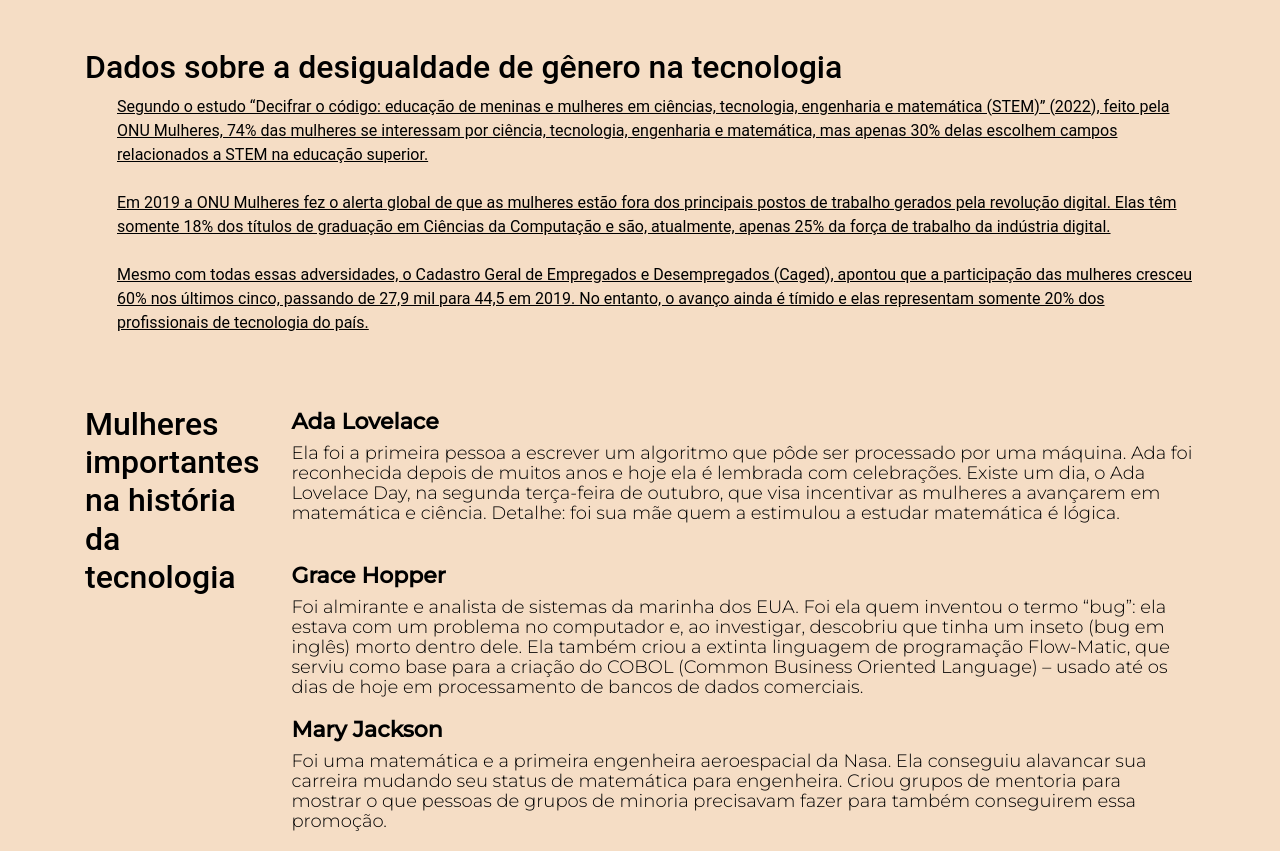
Repository: BellsBarbosa/ODS5_IGUALDADE_DE_GENERO
Page: index.html
An editor plug-in stored every save of this project. The page is shown before and after the next save, followed by the edit.
The browser window is 1280 px wide. The pictures show the part of the page from y = 1260 to 2111 px (the page is 3093 px tall before and 3047 px after).
A picture or video elsewhere on the page could not be fetched, so the positions and the page height are approximate.

Above is the page before, as saved 2023-08-11 15:27:58.

### index.html
<!DOCTYPE html>
<html lang="en">

<head>
    <meta charset="UTF-8">
    <meta name="viewport" content="width=device-width, initial-scale=1.0">
    <meta name="author" content="Isabel Barbosa, Bootstrap contributors">
    <title>ODS 5 - Igualdade de Gênero</title>
    <link href="https://cdn.jsdelivr.net/npm/bootstrap@5.3.0-alpha3/dist/css/bootstrap.min.css" rel="stylesheet"
        integrity="sha384-KK94CHFLLe+nY2dmCWGMq91rCGa5gtU4mk92HdvYe+M/SXH301p5ILy+dN9+nJOZ" crossorigin="anonymous">
    <link rel="stylesheet" href="https://cdn.jsdelivr.net/npm/bootstrap-icons@1.10.5/font/bootstrap-icons.css">
    <link rel="preconnect" href="https://fonts.googleapis.com">
    <link rel="preconnect" href="https://fonts.gstatic.com" crossorigin>
    <link
        href="https://fonts.googleapis.com/css2?family=Caveat:wght@500;700&family=Kalam&family=Montserrat:ital,wght@0,300;0,400;0,500;1,400;1,500;1,600&display=swap"
        rel="stylesheet">
    <link rel="stylesheet" href="style.css">
    </script>


</head>

<body>

    <header class="header-menu">
        <nav>
            <img src="IMG/ODS5-1.jpg" alt="ODS5" width="100%" height="100%"></a>
            <ul class="lista-menu">
                <li><a href="#ods">ODS</a> </li>
                <li><a href="#dados">Dados</a></li>
                <li><a href="#destaques">Destaques</a></li>
                <li><a href="#cards">Soluções</a></li>
                <li><a href="#contato">Contatos</a></li>
            </ul>
        </nav>

    </header>


    <div class="container col-xxl-8 px-4 py-5">
        <div class="row flex-lg-row-reverse align-items-center g-5 py-5">
            <div class="col-10 col-sm-8 col-lg-6">
                <img src="IMG/4029136.jpg" class="d-block mx-lg-auto img-fluid" alt="Bootstrap Themes" loading="lazy">
            </div>
            <div class="col-lg-6">
                <h1 class="display-5 fw-bold text-body-emphasis lh-1 mb-3">ODS 5 - IGUALDADE DE GÊNERO</h1>
                <p class="lead">Aumentar o uso de tecnologias de base, em particular as tecnologias de informação
                    <br>e comunicação, para promover o empoderamento das mulheres.
                </p>
                <a href="https://brasil.un.org/pt-br/sdgs/5" class="botao" target="_blank">Saiba mais</a>
                <div class="d-grid gap-2 d-md-flex justify-content-md-start">

                </div>
            </div>
        </div>
    </div>



    <section class="container-fluid" id="ods">
        <div class="row">
            <div class="column">
                <h2 id="h2-margin">O Que são as ODS?</h2>
                <p>Os Objetivos de Desenvolvimento Sustentável são um apelo global à ação para acabar com a
                    pobreza,
                    proteger o meio ambiente e o clima e garantir que as pessoas, em todos os lugares, possam
                    desfrutar de paz e de prosperidade. Estes são os objetivos para os quais as Nações Unidas
                    estão
                    contribuindo a fim de que possamos atingir a Agenda 2030 no Brasil. O objetivo escolhido foi
                    a ODS 5.B: Aumentar o uso de tecnologias de base, em particular as
                    tecnologias de informação e comunicação, para promover o empoderamento das mulheres.
                </p>
                <img src="IMG/odssss-1-scaled.jpg" align-items="left" alt="Crédito da imagem: Estratégia Ods"
                    width="600" height="330">
                </h1>
            </div>

            <div class="column">
                <h2>ODS 5 - Igualdade de Gênero</h2>
                <p><i>Juliette Erath</i></p>
                <p>"A desigualdade de gênero é em grande parte responsável pela diferença no ambiente de
                    trabalho e
                    nas habilidades em relação a um padrão no setor de tecnologia. Para enfrentar essa
                    desigualdade
                    internacional e crescente, um esforço com empenho precisa ser feito para compreender a
                    origem
                    desse problema e solucioná-lo (...) No Brasil, em 2019, apenas 26% dos formados na área STEM
                    eram mulheres." é o que nos diz <a
                        href="https://www.ironhack.com/br/pt/blog/desigualdade-de-genero-na-tecnologia-vamos-discuti-la"
                        class="link" target="_blank">Juliette Erath em seu texto para IRONHACK.</a></p>
                <iframe width="560" height="315" src="https://www.youtube.com/embed/go-VJzRqacE"
                    title="YouTube video player" frameborder="0"
                    allow="accelerometer; autoplay; clipboard-write; encrypted-media; gyroscope; picture-in-picture; web-share"
                    allowfullscreen></iframe>
            </div>
        </div>

    </section>
    <section class="container-fluid" id="dados">
        <article class="container article-lista">
            <div class="dados">
                <h2>Dados sobre a desigualdade de gênero na tecnologia</h2>
                <ul>
                    <li> <a href="https://blog.google/intl/pt-br/novidades/por-dentro-do-google/mind-the-gap-2022-incentivando-meninas-a-ingressarem-em-carreiras-na-area-de-tecnologia/#:~:text=Segundo%20o%20estudo%20%E2%80%9CDecifrar%20o,a%20STEM%20na%20educa%C3%A7%C3%A3o%20superior."
                            class="link" target="_blank">Segundo o estudo “Decifrar o código: educação de
                            meninas e
                            mulheres em ciências, tecnologia, engenharia e matemática (STEM)” (2022), feito pela
                            ONU
                            Mulheres, 74% das mulheres se interessam por ciência, tecnologia, engenharia e
                            matemática,
                            mas apenas 30% delas escolhem campos relacionados a STEM na educação superior.</a>
                    </li> </br>
                    <a href="http://www.onumulheres.org.br/noticias/onu-mulheres-defende-investimentos-publicos-e-privados-em-igualdade-de-genero-para-aumentar-participacao-de-meninas-e-mulheres-em-ciencia-e-tecnologia/"
                        class="link" target="_blank">Em 2019 a ONU Mulheres fez o alerta global de que as
                        mulheres estão
                        fora dos principais postos de trabalho gerados pela revolução digital. Elas têm somente
                        18% dos
                        títulos de graduação em Ciências da Computação e são, atualmente, apenas 25% da força de
                        trabalho da indústria digital.</a></li> </br> </br>
                    <li> <a href="https://www.vittude.com/blog/mulheres-na-tecnologia-os-desafios-femininos-no-setor/"
                            class="link" target="_blank"> Mesmo com todas essas adversidades, o Cadastro Geral
                            de
                            Empregados e Desempregados (Caged), apontou que a participação das mulheres cresceu
                            60% nos
                            últimos cinco, passando de 27,9 mil para 44,5 em 2019. No entanto, o avanço ainda é
                            tímido e
                            elas representam somente 20% dos profissionais de tecnologia do país.</a> </li>
                    </br>
                </ul> <br>

            </div>
        </article>
    </section>
    <section class="container-fluid" id="destaques">
        <article class="container article-lista">
            <div class="destaques">
                <h2>Mulheres importantes na história da tecnologia</h2>
                <ul>
                    <li>
                        <p class="lista-titulo">Ada Lovelace</p>
                        <p class="lista-descricao">
                            Ela foi a primeira pessoa a escrever um algoritmo que pôde ser processado por
                            uma máquina.
                            Ada foi reconhecida depois de muitos anos e hoje ela é lembrada com celebrações.
                            Existe um
                            dia, o Ada Lovelace Day, na segunda terça-feira de outubro, que visa incentivar
                            as mulheres
                            a avançarem em matemática e ciência. Detalhe: foi sua mãe quem a estimulou a
                            estudar
                            matemática é lógica.</br>
                            </br>
                        </p>
                    </li>
                    <li>
                        <p class="lista-titulo">Grace Hopper</p>

                        <p class="lista-descricao">
                            Foi almirante e analista de sistemas da marinha dos EUA. Foi ela quem inventou o
                            termo
                            “bug”: ela estava com um problema no computador e, ao investigar, descobriu que
                            tinha um
                            inseto (bug em inglês) morto dentro dele. Ela também criou a extinta linguagem
                            de
                            programação Flow-Matic, que serviu como base para a criação do COBOL (Common
                            Business
                            Oriented Language) – usado até os dias de hoje em processamento de bancos de
                            dados
                            comerciais. </br>

                        </p>
                    </li>
                    <li>
                        <p class="lista-titulo">Mary Jackson</p>

                        <p class="lista-descricao">
                            Foi uma matemática e a primeira engenheira aeroespacial da Nasa. Ela conseguiu
                            alavancar sua
                            carreira mudando seu status de matemática para engenheira. Criou grupos de
                            mentoria para
                            mostrar o que pessoas de grupos de minoria precisavam fazer para também
                            conseguirem essa
                            promoção. </br>

                        </p>
                    </li>
                    <p class="fonte">FONTE: <a target="_blanck"
                            href="http://www.onumulheres.org.br/noticias/onu-mulheres-defende-investimentos-publicos-e-privados-em-igualdade-de-genero-para-aumentar-participacao-de-meninas-e-mulheres-em-ciencia-e-tecnologia/">Mulheres
                            em tecnologia: e se fôssemos 50%?</a></p>

            </div>

        </article>
    </section>


    <section class="container-fluid" id="cards">
        <div class="row row-cols-1 row-cols-md-3 g-4">
            <div class="col">
                <div class="card">
                    <img src="IMG/criança.jpg" class="card-img-top" alt="...">
                    <div class="card-body">
                        <h5 class="card-title text-center">Introduza meninas ao mundo da tecnologia</h5>
                        <p class="card-text justify-content-evenly">Apresentar as meninas ao mundo da tecnologia expande
                            as chances delas desenvolverem suas habilidades e criatividade,
                            proporcionando a elas a chance de inventar, criar e aprender sobre a área.</p>
                    </div>
                </div>
            </div>
            <div class="col">
                <div class="card">
                    <img src="IMG/mulher_liderança.jpg" class="card-img-top" alt="...">
                    <div class="card-body">
                        <h5 class="card-title text-center">Comemore as mulheres na liderança</h5>
                        <p class="card-text justify-content-evenly">Divulgar a jornadas de mulheres que impactaram na
                            tecnologia, e celebrar o trabalho dessas vitoriosas, irá inspirar
                            nossas meninas e mulheres a iniciar suas próprias carreiras na área tecnológica..</p>
                    </div>
                </div>
            </div>
            <div class="col">
                <div class="card">
                    <img src="IMG/parcerias.jpg" class="card-img-top" alt="...">
                    <div class="card-body">
                        <h5 class="card-title text-center">Estabeleça parcerias e oportunidades</h5>
                        <p class="card-text justify-content-evenly">Realizar parcerias com entidades que utilizam a
                            tecnologia como instrumento para diminuir a desigualdade de gênero irá
                            expandir o alcance desses projetos, aumentando assim a inserção de mulheres na
                            tecnologia.</p>
                    </div>
                </div>
            </div>

        </div>
    </section> <br>


    <footer class="rodape" id="contato">
        <div class="container">
            <div class="row">
                <div class="column">
                    <ul class="lista-rodape">
                        <li> <i class="bi bi-envelope"></i><a href="barbosa.isabelcristina@gmail.com" target="_blank"
                                class="link-icone">
                                barbosa.isabelcristina@gmail.com</a></li>
                        <li><i class="bi bi-linkedin"></i><a href="https://www.linkedin.com/in/isabel-barbosa-aa080456/"
                                target="_blank" class="link-icone"> Isabel Barbosa</a></li>
                        <li><i class="bi bi-github"></i><a href="https://github.com/BellsBarbosa" target="_blank"
                                class="link-icone">
                                BellsBarbosa</a></li>
                        <li><i class="bi bi-arrow-up-square-fill"></i><a href="#top" class="link-icone"> Topo da
                                página</a></li>

                    </ul>
                </div>
                <div class="column">
                    <ul class="lista-rodape">
                        <li>Créditos:</li>
                        <li>Imagem ODS:<a href="https://estrategiaods.org.br/" target="_blank" class="link-icone">
                                Estratégia ODS</a></li>
                        </li>
                        <li>Hero Image:<a
                                href="https://br.freepik.com/vetores-gratis/conceito-de-igualdade-de-genero_8925920.htm#query=igualdade%20de%20genero&position=0&from_view=search&track=ais">Imagem
                                de pikisuperstar</a> no Freepik</li>
                        </li>
                        <li> Video: <a href="https://www.youtube.com/watch?v=go-VJzRqacE&ab_channel=CentroCulturalLight"
                                target="_blank" class="link-icone">
                                Centro Cultural Light</a></li>
                        </li>
                        <li> Card 1: <a
                                href="https://br.freepik.com/fotos-gratis/garotinha-afro-americana-feliz-durante-videochamada-com-laptop_20052825.htm#query=meninas%20na%20tecnologia&position=14&from_view=search&track=ais">Imagem
                                de master1305</a> no Freepik
                        </li>
                        <li> Card 2: <a
                                href="https://br.freepik.com/fotos-gratis/mulher-afro-americana-confiante-com-documentos-em-papel_6882196.htm#query=mulheres%20na%20lideran%C3%A7a&position=19&from_view=search&track=ais">Imagem
                                de pch.vector</a> no Freepik
                        </li>
                        <li> Card 3: <a
                                href="https://br.freepik.com/fotos-gratis/mulheres-de-negocios-felizes-apoiando-uns-aos-outros-e-de-maos-dadas-em-um-cafe_26402023.htm#query=mulheres%20na%20lideran%C3%A7a&position=17&from_view=search&track=ais">Imagem
                                de Drazen Zigic</a> no Freepik
                        </li>
                    </ul>
                </div>
            </div>


        </div>
    </footer>

### style.css
 @import url('https://fonts.googleapis.com/css2?family=Caveat:wght@500;700&family=Kalam&family=Montserrat:ital,wght@0,300;0,400;0,500;1,400;1,500;1,600&display=swap');

 * {

   margin: 0;

   padding: 0;

   outline: 0;
 }

 body {

   font-family: 'Roboto', sans-serif;
   margin: 0;
   background-color: #f5ddc5;
   display: flex;
   min-height: 100vh;
   flex-direction: column;
   margin-top: 0%;
   position: relative;
   width: 100%;
   margin: 0 auto;
   padding: 0;

 }

 p {
   font-size: 1.2em;
   font-family: 'Montserrat', sans-serif;
   color: #000000;

 }

 a {
   color: rgb(0, 0, 0);
 }

 .h2 {
   color: #0b0b0b
 }

 li {

   list-style: none;
 }

 .header-menu {

   display: flex;
   position: fixed;
   width: 100%;
   padding: 8px;
   padding-bottom: 32px;
   padding-top: 32px;
   height: 30px;
   background-color: #6e999c;
 }

 .header-menu nav {
   display: flex;
   justify-content: flex-end;
   width: 100%;
 }

 .lista-menu {
   display: flex;
   justify-content: space-evenly;
   width: 50%;
   align-items: center;
 }

 .lista-menu li>a {
   color: #FFF;
   font-size: 18px;
   text-decoration: inherit;
 }

 .lista-titulo {
   font-weight: 600;
 }

 .lista-titulo {
   margin-bottom: 5px;
   font-size: 22px;
   color: #000000;
   font-weight: 700;
 }

 .lista-local {
   font-size: 18px;
   color: #000000;

 }

 .lista-descricao {
   font-size: 18px;
   margin-top: 5px;
   line-height: 20px;
   color: #000000;
   font-weight: 300;
 }

 .botao {
   border-radius: 8px;
   border: 1px solid #9fadaa;
   color: #9fadaa;
   font-size: 1.2em;
   line-height: 25px;
   text-align: center;
   text-decoration: none;
   text-transform: uppercase;
   padding: 10px 20px 10px 20px;
   position: relative;
   width: 200px;
 }

 .botao a {
   padding-left: 20%;
 }

 .botao a:hover {
   color: #000000;
   font-size: 1.2em;
 }


 .column {
   float: left;
   width: 50%;
   padding: 3%;
   color: #000000;
   text-align: justify;
 }

 /* Clear floats after the columns */
 .row:after {
   content: "";
   display: table;
   clear: both;
 }

 .ods {
   padding-bottom: 3%;
 }

 .dados {
   padding: 3px;
   align-content: center;
   color: #000000
 }

 .destaques {
   padding: 3px;
   align-content: center;
   color: #000000;
   padding-bottom: 3%;
   display: flex;
 }

 .cards {

   padding: 3px;
   align-content: center;
   color: #000000;
   padding-bottom: 3%;
 }

 .rodape {
   height: 300px;
   display: flex;
   align-items: center;
   background-color: #6e999c;

 }

 .lista-rodape {
   color: #000000;
   font-weight: 700;
   font-size: 20px;
   margin-bottom: 16px;
   display: flex;
   align-items: flex-start;
   flex-direction: column;

 }

 .estilo-icone {
   font-size: 32px;
   margin-right: 10px;
 }

After the next save:
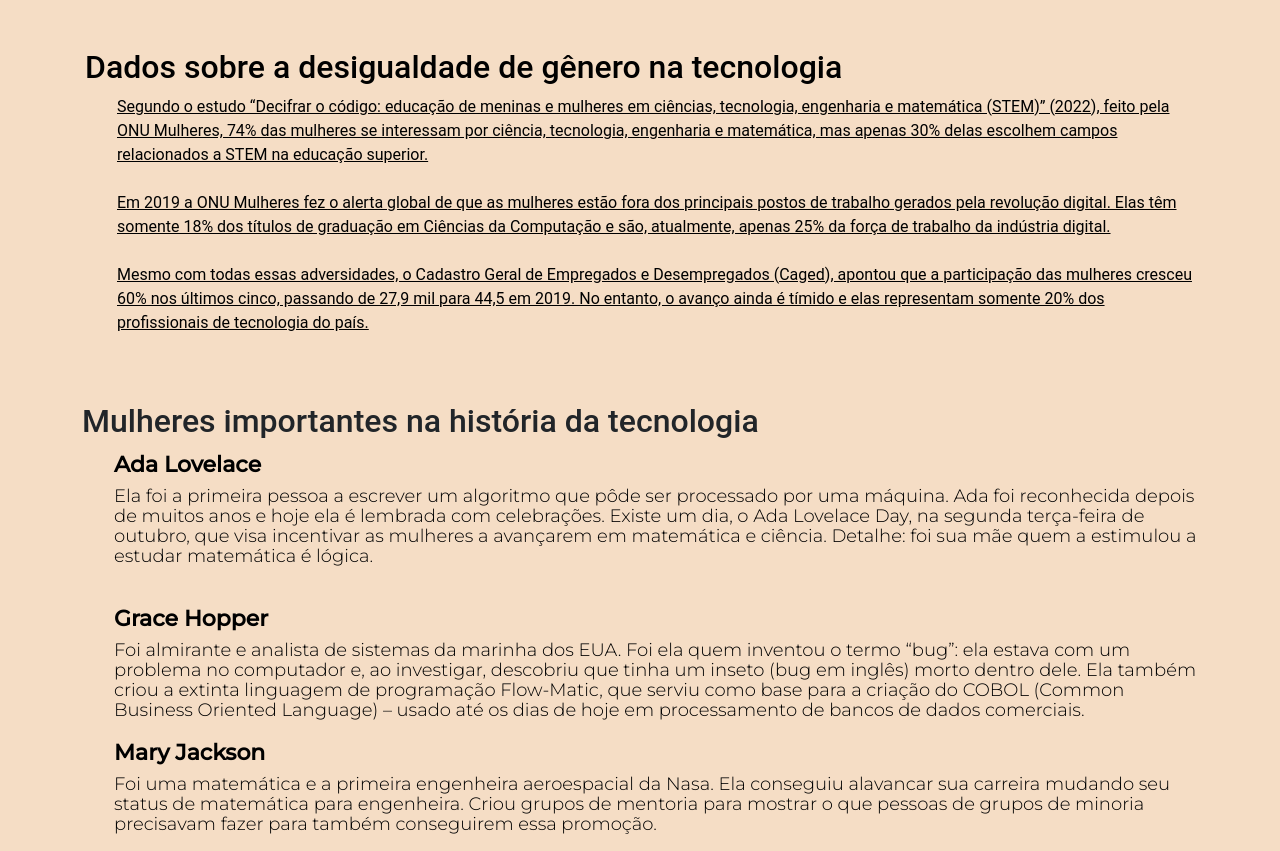
Saved 89 s later.
--- a/index.html
+++ b/index.html
@@ -133,7 +133,7 @@
     </section>
     <section class="container-fluid" id="destaques">
         <article class="container article-lista">
-            <div class="destaques">
+
                 <h2>Mulheres importantes na história da tecnologia</h2>
                 <ul>
                     <li>
